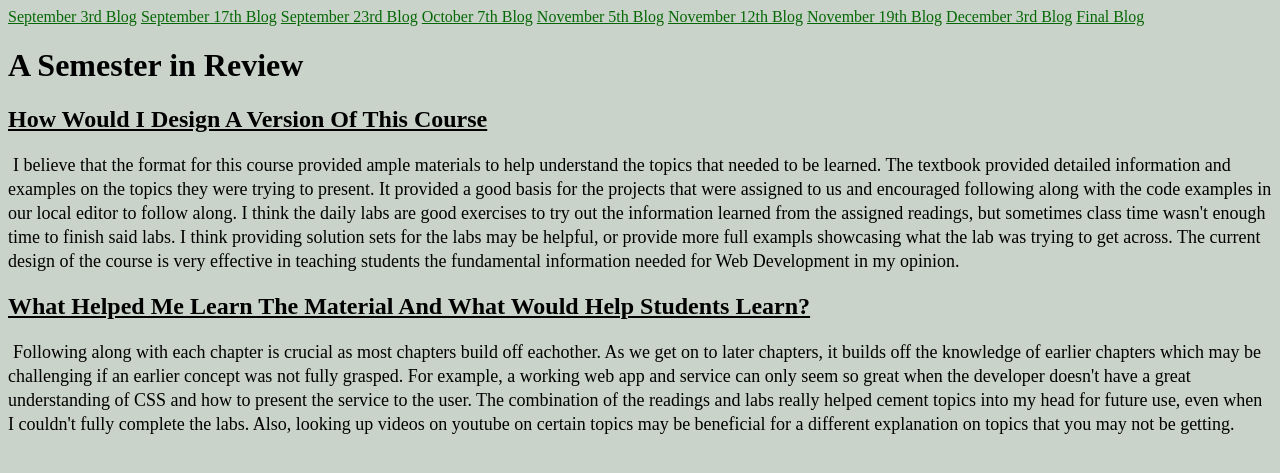
Repository: alharama/WebBlog
Page: FinalBlog.html
An editor plug-in stored every save of this project. The page is shown before and after the next save, followed by the edit.
The browser window is 1280 px wide. The pictures show the whole page.

Above is the page before, as saved 2021-12-09 14:10:08.

### FinalBlog.html
<!DOCTYPE html>
<html>
  <head>
    <a href="index.html"> September 3rd Blog</a>
    <a href="second_blog.html"> September 17th Blog</a>
    <a href="Sept_23.html"> September 23rd Blog</a>
    <a href="Oct_7.html"> October 7th Blog</a>
    <a href="Nov_5.html"> November 5th Blog</a>
    <a href="Nov_12.html"> November 12th Blog</a>
    <a href="Nov_19.html"> November 19th Blog</a>
    <a href="Dec_3rd.html"> December 3rd Blog</a>
    <a href="FinalBlog.html"> Final Blog</a>

    <title>Final Blog</title>

    <style>
      a {
        text-decoration: underline;
        color: rgb(5, 104, 5);
      }
      a:visited {
        text-decoration: none;
      }

      h2 {
        text-decoration: underline;
      }

      body {
        background-color: rgba(190, 201, 190, 0.808);
      }

      #writeup {
        font-size: 18px;
        line-height: 24px;
        text-indent: 5px;
      }

      body > #example_code {
        float: left;
      }
    </style>
  </head>

  <body>
    <h1>A Semester in Review</h1>

    <h2>How Would I Design A Version Of This Course</h2>

    <p id="writeup">
      I believe that the format for this course provided ample materials to help
      understand the topics that needed to be learned. The textbook provided
      detailed information and examples on the topics they were trying to
      present. It provided a good basis for the projects that were assigned to
      us and encouraged following along with the code examples in our local
      editor to follow along. I think the daily labs are good exercises to try
      out the information learned from the assigned readings, but sometimes
      class time wasn't enough time to finish said labs. I think providing
      solution sets for the labs may be helpful, or provide more full exampls
      showcasing what the lab was trying to get across. The current design of
      the course is very effective in teaching students the fundamental
      information needed for Web Development in my opinion.
    </p>

    <h2>
      What Helped Me Learn The Material And What Would Help Students Learn?
    </h2>

    <p id="writeup">
      Following along with each chapter is crucial as most chapters build off
      eachother. As we get on to later chapters, it builds off the knowledge of
      earlier chapters which may be challenging if an earlier concept was not
      fully grasped. For example, a working web app and service can only seem so
      great when the developer doesn't have a great understanding of CSS and how
      to present the service to the user. The combination of the readings and
      labs really helped cement topics into my head for future use, even when I
      couldn't fully complete the labs. Also, looking up videos on youtube on
      certain topics may be beneficial for a different explanation on topics
      that you may not be getting.
    </p>
  </body>
</html>

After the next save:
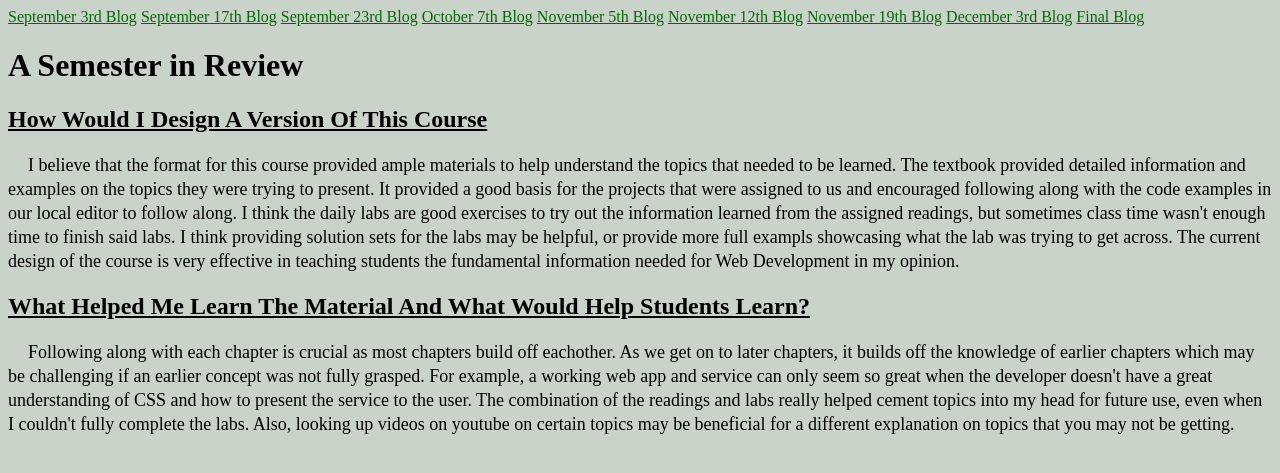
Saved 7 s later.
--- a/FinalBlog.html
+++ b/FinalBlog.html
@@ -33,7 +33,7 @@
       #writeup {
         font-size: 18px;
         line-height: 24px;
-        text-indent: 5px;
+        text-indent: 20px;
       }
 
       body > #example_code {
